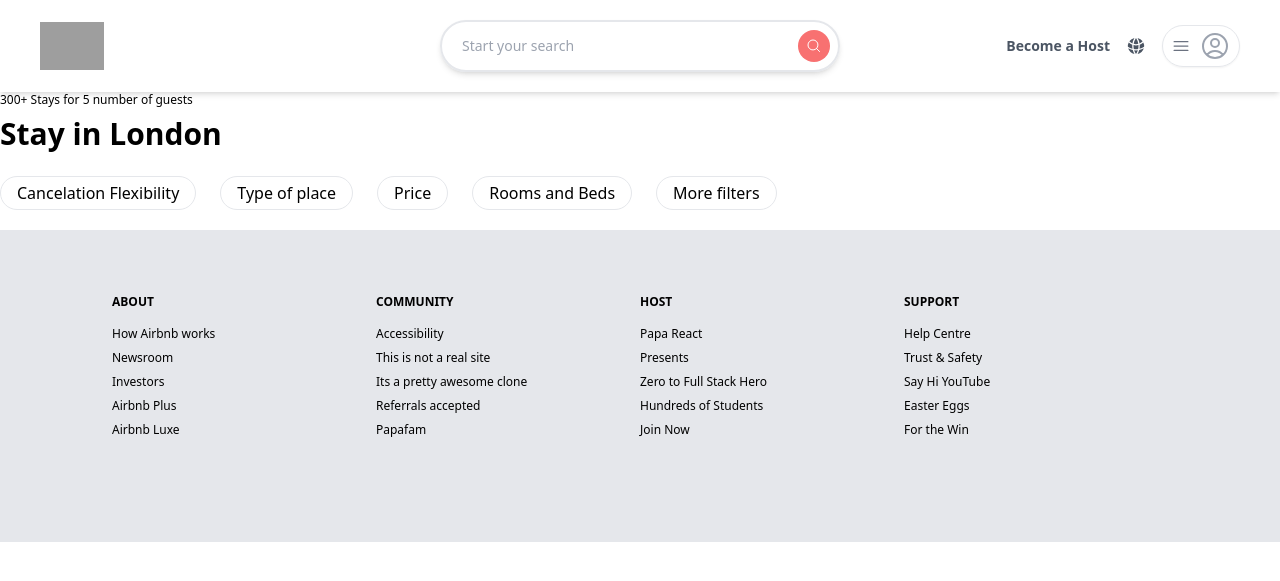
Repository: lakshithapramodya/airbnb
Page: /search
The author's editor kept a copy of each file at every save. The page is drawn from the files as they stood at one save, then again after the next save.
The browser window is 1280 px wide. The pictures show the whole page.
Pictures or frames that could not be fetched are drawn as grey boxes. The project was rebuilt for these pictures with package versions that can differ from the ones it lists, and the page was loaded fresh each time. The framework's server and built-in components were replaced by stand-ins that run in the browser. Also part of the build but not shown: next.config.js.

Above is the page before, as saved 2022-10-19 12:47:03.

### pages/_app.jsx
import "../styles/globals.css";
import { AppProps } from "next/app";

function MyApp({ Component, pageProps }) {
  return <Component {...pageProps} />;
}

export default MyApp;

### pages/search.js
import React from "react";
import Footer from "../components/Footer";
import Header from "../components/Header";

function search() {
  return (
    <div>
      <Header />

      <main className="flex">
        <section>
          <p className="text-xs">300+ Stays for 5 number of guests</p>
          <h1 className="font-semibold text-3xl mt-2 mb-6">Stay in London</h1>

          <div className="space-x-6 hidden md:inline-flex mb-5">
            <p className="btn">Cancelation Flexibility</p>
            <p className="btn">Type of place</p>
            <p className="btn">Price</p>
            <p className="btn">Rooms and Beds</p>
            <p className="btn">More filters</p>
          </div>
        </section>
      </main>

      <Footer />
    </div>
  );
}

export default search;

### styles/globals.css
@tailwind base;
@tailwind components;
@tailwind utilities;

@layer components {
  .btn {
    @apply border rounded-full
    px-4 py-1 hover:shadow-lg active:scale-95
   active:bg-gray-100 transition transform duration-150
   ease-out cursor-pointer;
  }
}

### components/Footer.js
import React from "react";

function Footer() {
  return (
    <div className="grid grid-cols-1 md:grid-cols-4 py-16 px-28 bg-gray-200">
      <div className="pb-8">
        <h2 className="font-bold text-xs font-sans mb-4 cursor-pointer">
          ABOUT
        </h2>
        <p className="text-xs my-2 cursor-pointer">How Airbnb works</p>
        <p className="text-xs my-2 cursor-pointer">Newsroom</p>
        <p className="text-xs my-2 cursor-pointer">Investors</p>
        <p className="text-xs my-2 cursor-pointer">Airbnb Plus</p>
        <p className="text-xs my-2 cursor-pointer">Airbnb Luxe</p>
      </div>
      <div className="pb-8">
        <h2 className="font-bold text-xs font-sans mb-4 cursor-pointer">
          COMMUNITY
        </h2>
        <p className="text-xs my-2 cursor-pointer">Accessibility</p>
        <p className="text-xs my-2 cursor-pointer">This is not a real site</p>
        <p className="text-xs my-2 cursor-pointer">
          Its a pretty awesome clone
        </p>
        <p className="text-xs my-2 cursor-pointer">Referrals accepted</p>
        <p className="text-xs my-2 cursor-pointer">Papafam</p>
      </div>
      <div className="pb-8">
        <h2 className="font-bold text-xs font-sans mb-4 cursor-pointer">
          HOST
        </h2>
        <p className="text-xs my-2 cursor-pointer">Papa React</p>
        <p className="text-xs my-2 cursor-pointer">Presents</p>
        <p className="text-xs my-2 cursor-pointer">Zero to Full Stack Hero</p>
        <p className="text-xs my-2 cursor-pointer">Hundreds of Students</p>
        <p className="text-xs my-2 cursor-pointer">Join Now</p>
      </div>
      <div className="pb-8">
        <h2 className="font-bold text-xs font-sans mb-4 cursor-pointer">
          SUPPORT
        </h2>
        <p className="text-xs my-2 cursor-pointer">Help Centre</p>
        <p className="text-xs my-2 cursor-pointer">Trust & Safety</p>
        <p className="text-xs my-2 cursor-pointer">Say Hi YouTube</p>
        <p className="text-xs my-2 cursor-pointer">Easter Eggs</p>
        <p className="text-xs my-2 cursor-pointer">For the Win</p>
      </div>
    </div>
  );
}

export default Footer;

### components/Header.js
import React, { useState } from "react";
import Image from "next/image";
import {
  MagnifyingGlassIcon,
  Bars3Icon,
  UserCircleIcon,
} from "@heroicons/react/24/outline";
import { GlobeAltIcon, UsersIcon } from "@heroicons/react/24/solid";
import "react-date-range/dist/styles.css";
import "react-date-range/dist/theme/default.css";
import { DateRangePicker } from "react-date-range";

function Header() {
  const [searchText, setSearchTExt] = useState("");
  const [startDate, setStartDate] = useState(new Date());
  const [endDate, setEndDate] = useState(new Date());
  const [guests, setGuests] = useState(1);

  const selectionRange = {
    startDate: startDate,
    endDate: endDate,
    key: "selection",
  };

  const handleChange = (ranges) => {
    setStartDate(ranges.selection.startDate);
    setEndDate(ranges.selection.endDate);
  };

  const resetInput = () => {
    setSearchTExt("");
  };

  return (
    <div
      className="sticky top-0  z-50 grid grid-cols-3 bg-white shadow-md
    p-5 md:px-10"
    >
      {/* Left */}
      <div className="relative flex item-center h-12 cursor-pointer my-auto">
        <Image
          src="https://1000logos.net/wp-content/uploads/2017/08/Airbnb-Logo.png"
          layout="fill"
          objectFit="contain"
          objectPosition="left"
        />
      </div>

      {/* Middle */}
      <div
        className="flex items-center md:border-2 rounded-full py-2
      md:shadow-md"
      >
        <input
          value={searchText}
          onChange={(e) => setSearchTExt(e.target.value)}
          className="!outline-0 pl-5 bg-transparent flex-grow
          md:min-w-0  text-sm text-gray-600"
          type="text"
          placeholder="Start your search"
        />
        <MagnifyingGlassIcon
          className="hidden md:inline-flex h-8 bg-red-400
         text-white rounded-full p-2 cursor-pointer md:mx-2 "
        />
      </div>

      {/* Right */}
      <div className="flex items-center space-x-4 justify-end">
        <p
          className="text-sm font-semibold cursor-pointer
        rounded-full text-gray-600 hidden md:inline"
        >
          Become a Host
        </p>

        <GlobeAltIcon className="h-5 text-gray-600 cursor-pointer" />

        <div
          className="flex items-center border rounded-full p-1
        space-x-2 shadow-sm px-2 hover:shadow-md"
        >
          <Bars3Icon className="h-5 text-gray-500" />
          <UserCircleIcon className="h-8 text-gray-400" />
        </div>
      </div>
      {searchText && (
        <div className="flex flex-col col-span-3 mx-auto">
          <DateRangePicker
            ranges={[selectionRange]}
            minDate={new Date()}
            rangeColors={["#FD5B61"]}
            onChange={handleChange}
          />
          <div>
            <div className="flex items-center border-b">
              <h2 className="text-2xl font-semibold flex-grow">
                Number of Guests
              </h2>
              <UsersIcon className="h-5" />
              <input
                value={guests}
                onChange={(e) => setGuests(e.target.value)}
                min={1}
                type="number"
                className="w-12 ml-2 !outline-0 text-lg text-red-500"
              />
            </div>
            <div className="flex mt-4">
              <button onClick={resetInput} className="text-gray-500 flex-grow">
                Cancel
              </button>
              <button className="text-red-500 flex-grow">Search</button>
            </div>
          </div>
        </div>
      )}
    </div>
  );
}

export default Header;

Loaded but not shown: tailwind.config.js (common file)

After the next save:
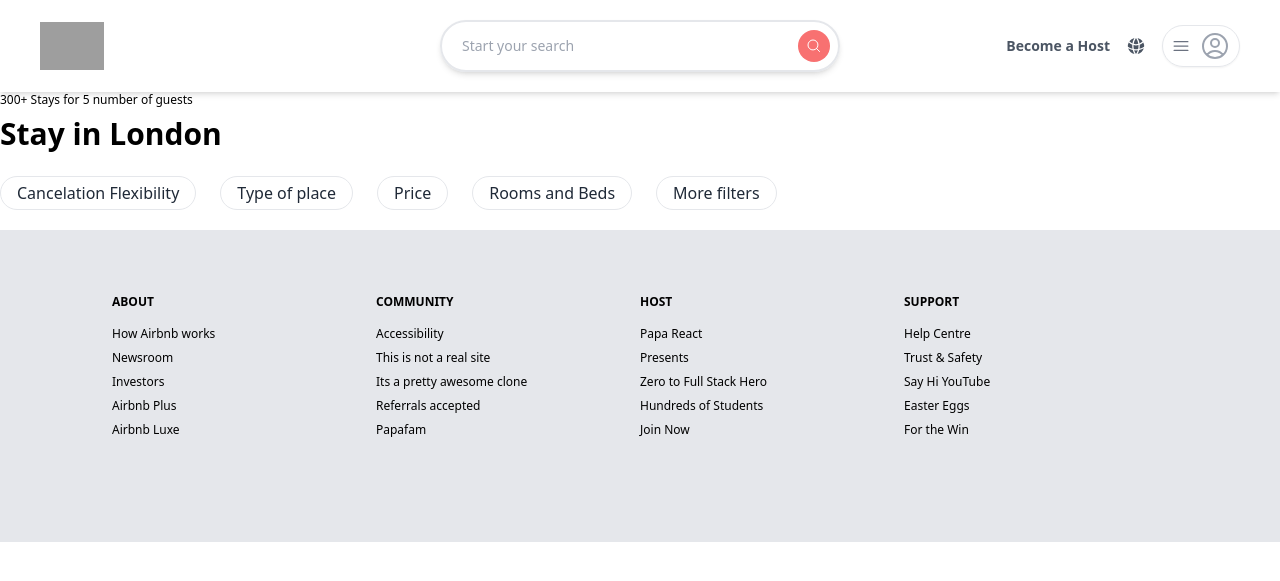
Saved 22 s later.
--- a/pages/search.js
+++ b/pages/search.js
@@ -12,7 +12,7 @@ function search() {
           <p className="text-xs">300+ Stays for 5 number of guests</p>
           <h1 className="font-semibold text-3xl mt-2 mb-6">Stay in London</h1>
 
-          <div className="space-x-6 hidden md:inline-flex mb-5">
+          <div className="space-x-6 hidden md:inline-flex mb-5 text-gray-800">
             <p className="btn">Cancelation Flexibility</p>
             <p className="btn">Type of place</p>
             <p className="btn">Price</p>
